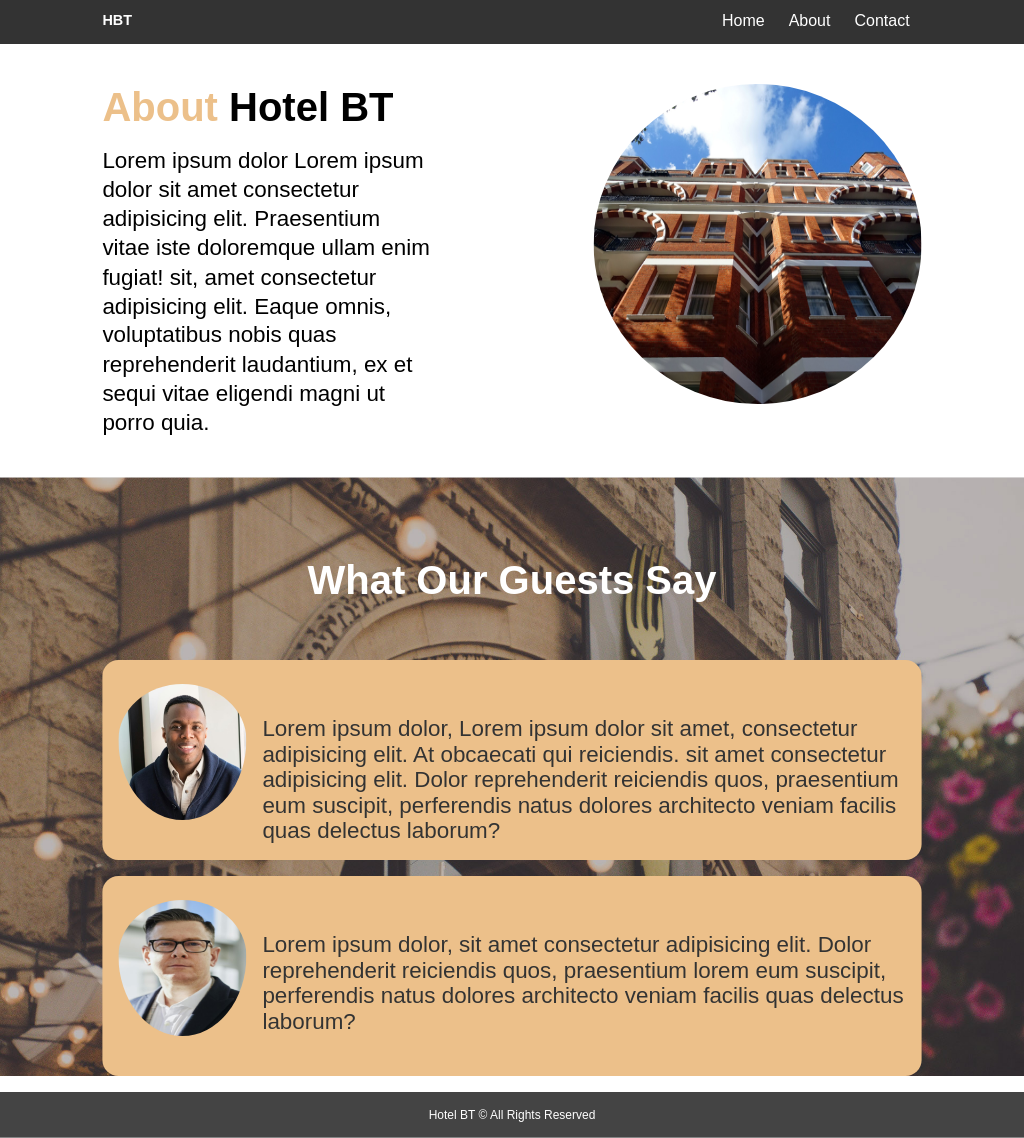
Repository: reemoon-ctrl/35---hotel-website
Page: about.html
An editor plug-in stored every save of this project. The page is shown before and after a run of saves, followed by the edit.
The browser window is 1280 px wide. The pictures show the whole page, at 80% of full size.

Above is the page before, as saved 2024-07-24 22:28:33.

### about.html
<!DOCTYPE html>
<html lang="en">
<head>
    <meta charset="UTF-8">
    <meta name="viewport" content="width=device-width, initial-scale=1.0">
    <title>HBT | Hotel Website</title>
    <link rel="stylesheet" href="index.css"/>
    <link rel="stylesheet" media="screen and (max-width:500px)" href="mobile.css">
</head>
<body>
    <header>
        <ul class="nav-bar">
            <li class="title"><a href="index.html">HBT</a></li>
            <div class="bag-nav-row" >
            <li class="bag-nav"><a href="index.html">Home</a></li>
            <li class="bag-nav"><a href="about.html">About</a></li>
            <li class="bag-nav"><a href="contact.html">Contact</a></li>
            </div>
        </ul>
    </header>
    <header>


    </header>
    <main>
        <div class="s-header">
            <div class="header-content">
            <h1><span class="fword">About </span>Hotel BT</h1>
            <p>Lorem ipsum dolor Lorem ipsum dolor sit amet consectetur adipisicing elit. Praesentium vitae iste doloremque ullam enim fugiat! sit, amet consectetur adipisicing elit. Eaque omnis, voluptatibus nobis quas reprehenderit laudantium, ex et sequi vitae eligendi magni ut porro quia.
            </p>
           </div>
            <img class="hotel-img2" src="/img/photo-2.jpg" alt="Hotel-image">
        </div>
    </main>
    <aside>
        <div class="aside-content">
            <ul>
                <li><h1>What Our Guests Say</h1></li>
                <li class="comment"><img src="img/pexels-divinetechygirl-1181391.jpg" alt="person-img"><p>Lorem ipsum dolor, Lorem ipsum dolor sit amet, consectetur adipisicing elit. At obcaecati qui reiciendis. sit amet consectetur adipisicing elit. Dolor reprehenderit reiciendis quos, praesentium eum suscipit, perferendis natus dolores architecto veniam facilis quas delectus laborum?</p></li>
                <li class="comment"><img src="img/pexels-linkedin-2182970.jpg" alt="person-img"><p>Lorem ipsum dolor, sit amet consectetur adipisicing elit. Dolor reprehenderit reiciendis quos, praesentium lorem eum suscipit, perferendis natus dolores architecto veniam facilis quas delectus laborum?</p></li>

            </ul>
        </div>
    </aside>
    <footer>
        <p>Hotel BT &copy; All Rights Reserved</p>

    </footer>
</body>
</html>

### index.css
*{
    padding: 0px;
    margin: 0px;
    box-sizing: border-box;
    font-family: "Rubik", sans-serif;
    font-optical-sizing: auto;




}
.nav-bar{
    list-style:none;
    overflow: auto;
    /* clear:both; */
    background: #333333;
    font-size: 20px;
    text-align: center;
    height: 55px;

}

.bag-nav-row{
    margin-right: 10%;
}
.title{
    float: left;
    margin-left: 10%;
    font-weight: bold;
    font-size:18px ;

    text-align: center;
    padding:15px 0px;

}
.title  a{
    text-decoration: none;
    color:#fff;
}


.bag-nav{
    float: left;
    font-size: 20px;


}
.bag-nav-row{
    float:right;
}
.bag-nav-row li a{
    text-decoration: none;
    padding: 15px;
    display: inline-block;
    color: #fff;
}

.bag-nav-row li a:hover{
    background: #444444;
    color:#ecc08a;
}
.bag-nav-row li a:current{
    background: #444444;
    color:#ecc08a;
}


.mainheader{
    background-image: url("img/showcase.jpg") ;
    background-color: #cccccc;
    height:600px;
    background-position: center;
    background-repeat: no-repeat;
    background-size:cover;
    position: relative;
}
.mainheadertxt{
    /* margin: auto; */
    padding: 150px 10%;
    position:relative;
    text-align: center;
    /* margin-top: 20px; */
    color:#fff;
}
.mainheadertxt h1{
    font-size:50px;

}

.mainheadertxt p{
    margin:20px;
    font-size: 20px;
}
.mainheadertxt a{
    position:relative;
    display: block;
    width: fit-content;
    background: #444444;
    text-decoration:none ;
    color: #fff;
    top:50%;
    margin-top: 30px;
    margin: auto;
    font-size: 20px;

    padding: 20px;
}
.mainheadertxt a:hover{
    background: #ecc08a;
    cursor: pointer;
    color:#333333;

}
.fword{
    color:#ecc08a
}
.main-content{
    width:100%;
    height:400px;
    overflow: auto;
    background: #444444;
    color: #fff;
}
.hotelimg{
    width:50%;
    float:left;

    min-height:100% ;
    background: url('img/photo-1.jpg') no-repeat;
}
.hotel-disc{
    /* padding-top: 100px; */
    padding:20px 10px;
    width:50%;
    height:40px;
    float:right;
    text-align: center;
    /* margin-top:px; */
    line-height: 1.3;
    /* padding:20px; */

}
.hotel-disc h3{
    font-size: 25px;
    /* font-size: xx-large; */
    margin-bottom: 20px;
    margin-top:5rem;
}
.hotel-disc a{
    position:relative;
    display: block;
    width: fit-content;
    text-decoration:none ;
    color: #333333;
    padding: 15px;
    margin:auto;
    margin-top: 20px;
    background: #fff;

}
.hotel-disc a:hover{
    background: #ecc08a;
}
.hotel-disc p{
    font-size: 20px;
}

.aside-bar{
    height: 300px;
    overflow: auto;
    clear:both;

}
.ul{
    list-style: none;
    text-align: center;
    margin:auto;
    height:300px;
}
.fli{

    margin: auto;
    float: left;
    width:33.3%;
    height: 300px;
    padding: 90px 20px;
}
.fli h4{
    font-size: 25px;
    margin-bottom: 20px;
    margin-top: 20px;
}
.sli h4{
    margin-top: 20px;
    font-size: 25px;
    margin-bottom: 20px;
}
.thli h4{
    margin-top: 20px;
    font-size: 25px;
    margin-bottom: 20px;
}
.sli{
    float:left;
    width:33.3%;
    background-color:#ecc08a;
    height: 300px;
    padding: 90px 20px;

}
.thli{
    float:right;
    width:33.3%;
    height: 300px;
    margin: auto;
    padding: 90px 20px;
}

footer p{
    text-align: center;
    font-size: 15px;
    color: #fff;
    background: #444444;
    padding: 20px;
}

/* ///////////////about website////////////////// */
.s-header{
    overflow: auto;
    clear: both;
    margin: auto;
    margin: 50px 10%;
    /* height: 500px; */
}
.header-content{
    float:left;
    width:40%;

}
.header-content h1{
    font-size: 50px;
}
.header-content p{
    font-size: 28px;
    margin-top: 20px;
    line-height: 1.3;
}
.hotel-img2{
    height:400px;
    width: 40%;
    float: right;
    border-radius:50%;
}
.comment{
    overflow: auto;
    background:#ecc08a;
    margin: 20px 10%;
    border-radius: 20px;

}
.aside-content{
    background-image: url(img/test-bg.jpg) ;
    background-color: #cccccc;
    height:fit-content;
    background-position: center;
    background-repeat: no-repeat;
    background-size: cover;
    position: relative;
    width: 100%;
}

.aside-content h1{
    margin: 20px 10%;
    text-align: center;
    color: #FFF;
    font-size: 50px;
    padding-top: 100px;
    padding-bottom: 50px;

}
.comment img{
    padding-top: 30px;
    width:200px ;
    height:200px ;
    border-radius: 200px;
    float: left;
    padding-right: 20px;
    padding-left: 20px;
    margin-bottom: 50px;
}
.comment p{
padding-top: 70px;
font-size: 28px;
color: #333333;
}
/* ///////////////contact style///////////// */
form h1{
    margin-bottom: 20px;
    font-size: 50px;

}
form p{
    font-size: 25px;

}

.form-label label{
    display: block;

}
.form-label input{
    width:100%;
    padding:10px;
    font-size: 28px;
    border:#ddd solid 1px;
    /* border: 3px solid #ccc; */
    -webkit-transition: 0.5s;
    transition: 0.5s;
    outline: none;

}
.form-label input[type=text]:focus{
    border: 2px solid #ecc08a;
}
.form-label{
    font-size: 35px;
    margin-top: 20px;
}
.submit-input:hover{
    border: 2px solid #ecc08a;
    background: #ecc08a;
    color:#444444;
}
textarea{
    width: 100%;
    height: 250px;
    padding: 12px 20px;
    box-sizing: border-box;
    border: 1px solid #ddd;
    border-radius: 4px;
    /* background-color: #f8f8f8; */
    resize:none;
    font-size: 20px;
    -webkit-transition: 0.5s;
    transition: 0.5s;
    outline: none;

}
textarea:focus{
    border: 2px solid #ecc08a;
}
.submit-input{
 padding: 20px;
 /* text-align: center; */
 width:200px;
 cursor: pointer;
 margin: 30px 0px;
 background: #333333;
 color: #FFF;
 font-size: 20px;


}
.form-container{
    margin: 40px 10%;
    height:800px;
}
.fli-about{
    padding: 60px;
    margin: auto;
    float: left;
    width:33%;
    height: 300px;
    padding: 90px 20px;
    color:#ddd;
}
.fli-about h4{
    font-size: 35px;
    margin-bottom: 20px;
}
.fli-about p{
    font-size: 28px;
}
.sli-about h4{
    font-size: 35px;
    margin-bottom: 20px;
}
.sli-about p{
    font-size: 28px;
}
.thli-about h4{
    font-size: 35px;
    margin-bottom: 20px;
}
.thli-about p{
    font-size: 28px;
}
.sli-about{
    float:left;
    width:33%;
    color: #ddd;
    height: 300px;
    padding: 90px 20px;

}
.thli-about{
    float:right;
    width:33%;
    height: 300px;
    margin: auto;
    padding: 90px 20px;
    background: #333333;
    color: #ddd;
}
.ul-about{
    list-style: none;
    text-align: center;
    margin:auto;
    height:300px;
    background: #333333;
}

### mobile.css

.title{
    float:none;
    text-align: center;
    margin-left: 0px;
}

.bag-nav{
    float:none;
    text-align: center;

}
.bag-nav-row{
    margin-right: 0px;

}
.bag-nav-row li a{

    padding: 10px;
    width:26rem;
    text-align: center;
}
.nav-bar{
    height: fit-content;

}


.hotelimg{
    display: none;
}
.hotel-disc{

    width: 100%;
}
.hotel-disc h3{
    margin-bottom: 2rem;
    margin-top:2rem;
}
.aside-bar{
    height:max-content;
    overflow: auto;
    clear:both;

}
.ul{
    height:100%;
}
.fli{
    float:none;
    padding:1rem;
    width:100%;
    padding: 3rem;
    height:fit-content;
}
.sli{
    float: none;
    width:100%;
    padding: 3rem;
    height:fit-content;
}
.thli{
    float:none;
    width:100%;
    padding: 3rem;
    height:fit-content;
}
/* ////////////////////about/////// */
.header-content h1{
    font-size: 2.2rem;
}
.comment{
    margin:10px 10%;

}
.header-content{
    float:none;
    width: 100%;
    height:100%;

}
.hotel-img2{
    margin-top: 20px;
    float:none;
    border-radius:20px;
    width:100%;

}
.comment p{
    padding: 2rem;
    font-size: .80rem;
}
.comment img{
    padding-top:2rem;
    width:30%;
    height:30%;
    border-radius:20px;
    margin-bottom: 2rem;
}
.aside-content h1{
    padding-top: 2rem;
    padding-bottom:1.1rem ;
}
/* ///////contact info//////// */

form h1{
    margin-bottom: 20px;
    font-size: 2rem;

}
.form-label{
    font-size: 1.2
    rem;
    margin-top: 20px;
}


.ul-about{
    height:100%;
    padding-bottom: 2rem;

}
ul-about li{
}
.fli-about{
    padding:2rem;
    float:none;
    width:100%;
    height:100%;

}
.sli-about{
    float:none;
    width:100%;
    height:100%;
    padding:2rem;
}
.thli-about{
    float:none;
    width:100%;
    padding:.7rem ;
    height:100%;

}

After the next 2 saves:
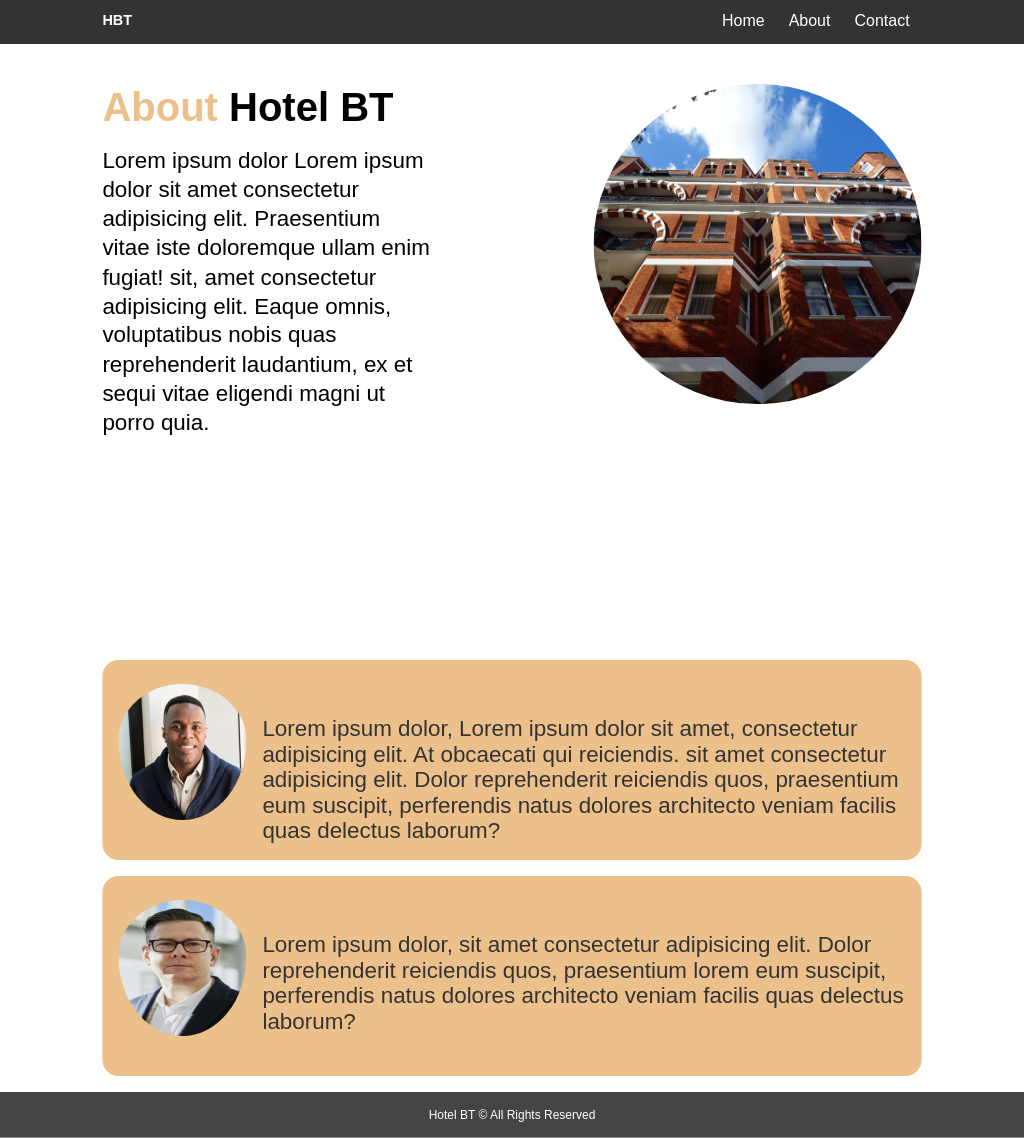
The 2 saves are shown as one change because they came seconds apart.
The last was saved 2 min 22 s later.
--- a/index.css
+++ b/index.css
@@ -258,6 +258,7 @@
     border-radius: 20px;
 
 }
+assid
 .aside-content{
     background-image: url(img/test-bg.jpg) ;
     background-color: #cccccc;

After the save that followed:
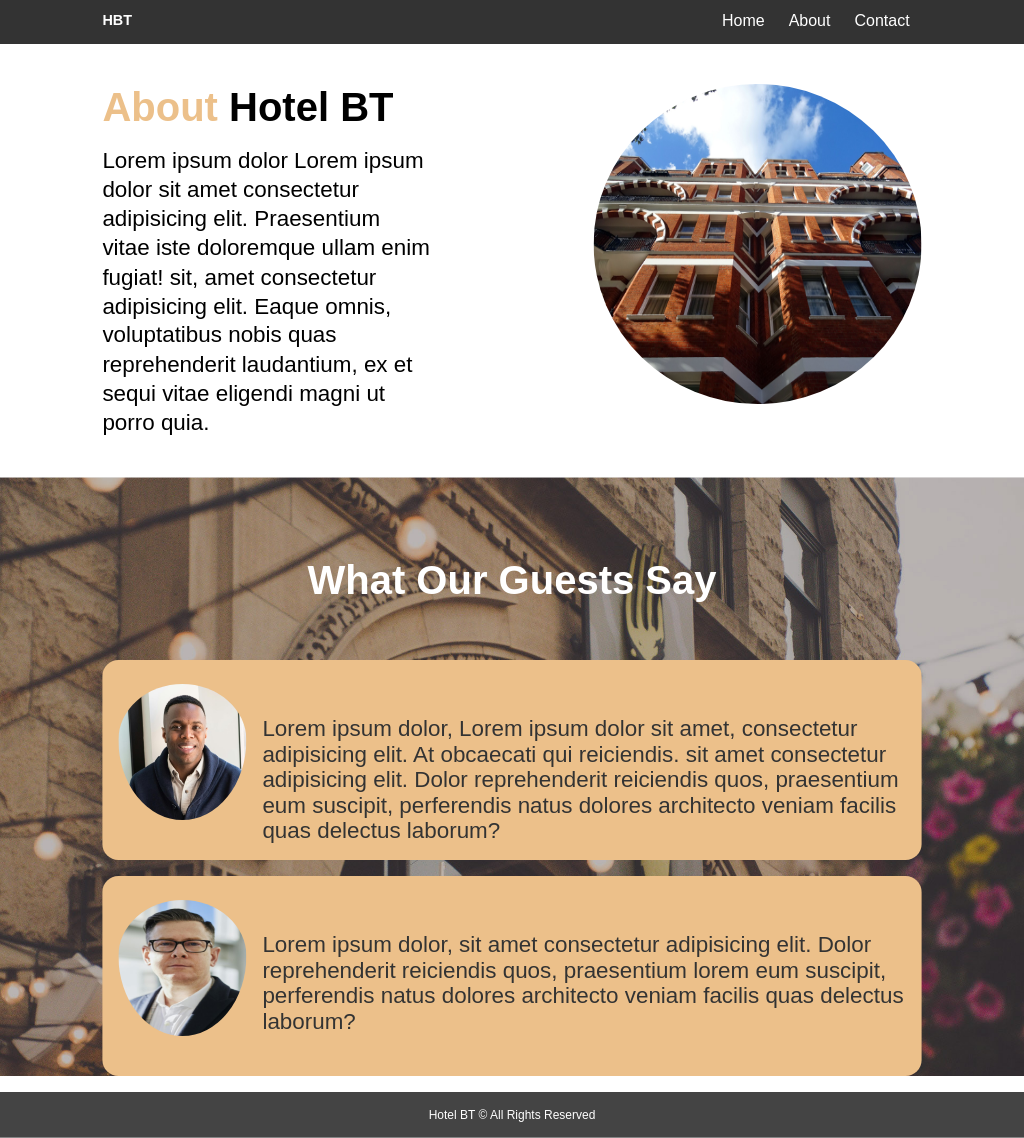
Saved 4 s later.
--- a/index.css
+++ b/index.css
@@ -258,7 +258,7 @@
     border-radius: 20px;
 
 }
-assid
+
 .aside-content{
     background-image: url(img/test-bg.jpg) ;
     background-color: #cccccc;
